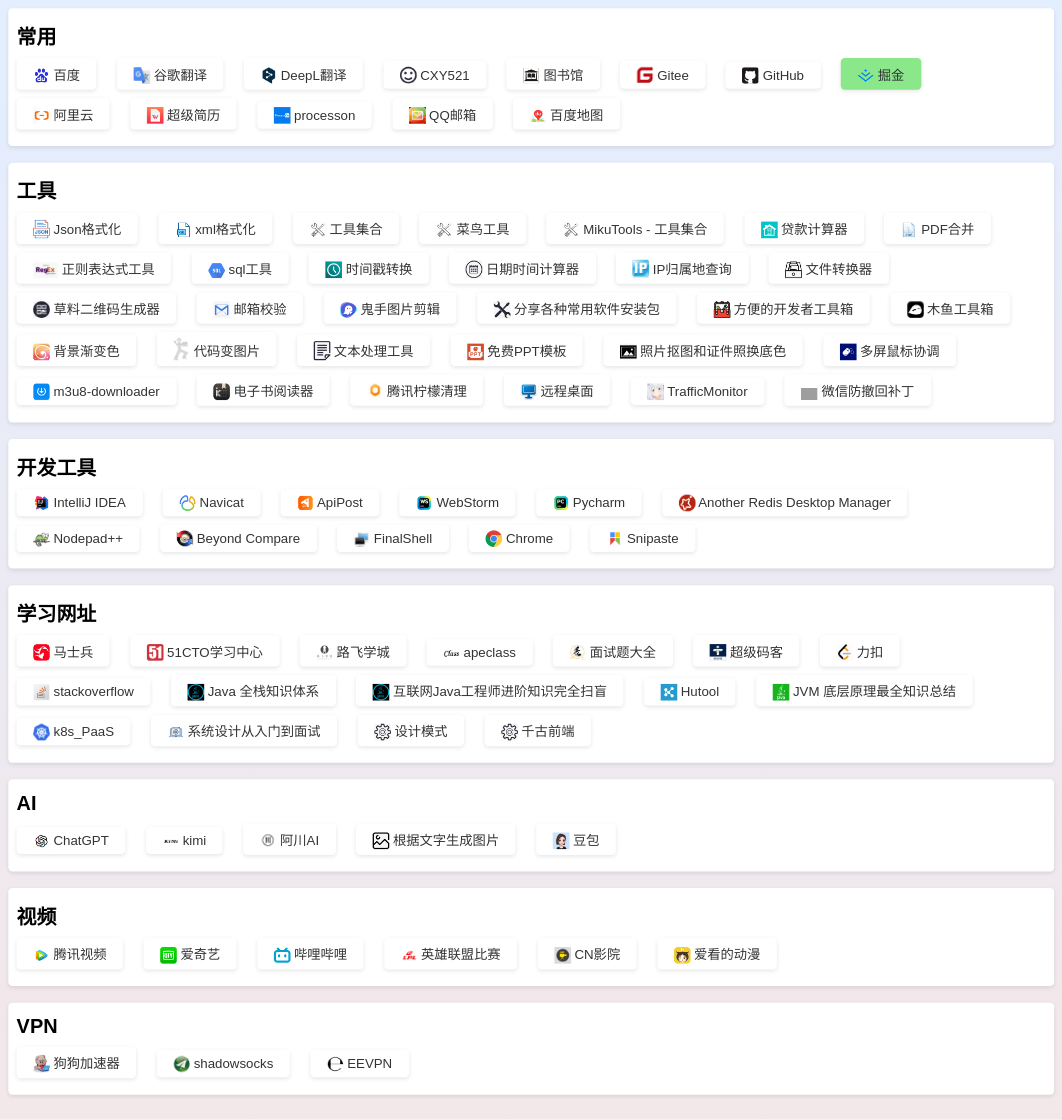
Repository: lukezhao6/page
Page: index.html
These files come from the project's save history. The page is drawn as it stood at one moment and after the next save; the edit follows.
The browser window is 1280 px wide. The pictures show the whole page, at 83% of full size.
Pictures or frames that could not be fetched are drawn as grey boxes.

Above is the page before, as saved 2024-05-11 10:42:31.

After the next save:
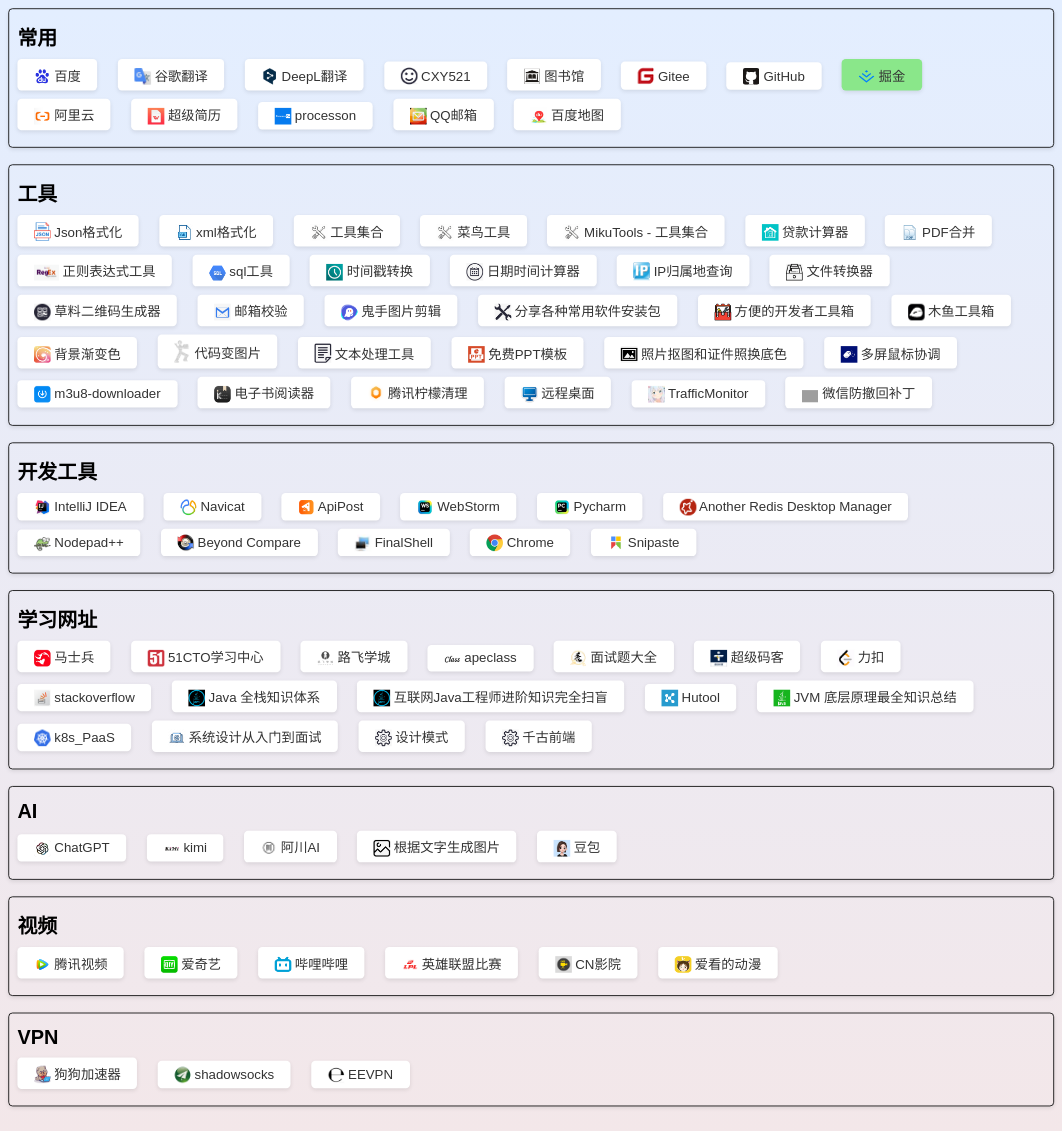
Saved 7 h 20 min later.
--- a/index.html
+++ b/index.html
@@ -19,9 +19,11 @@
             .tag-group {
                 margin-bottom: 20px;
                 padding: 10px;
-                background-color: #fff;
+                /*background-color: #fff;*/
                 border-radius: 5px;
                 box-shadow: 0 2px 5px rgba(0, 0, 0, 0.1);
+                background-color: transparent;
+                border: 1px solid black; /* 为了更好地看到容器的边界，这里添加了边框 */
             }
 
             .tag-group h2 {
